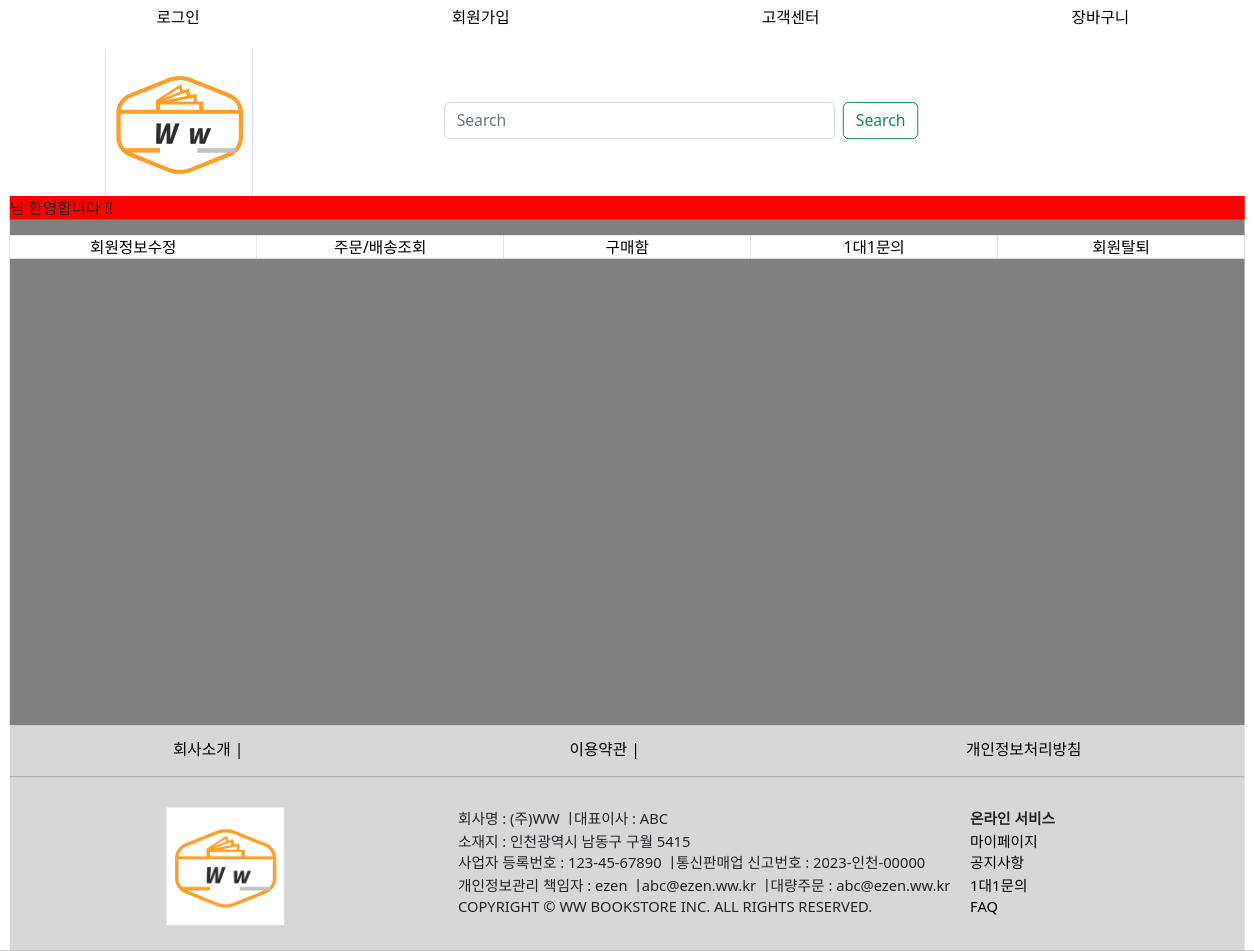
Repository: leehyeonung/project6
Page: http://localhost/book/WEB-INF/views/member/memberMypage.jsp
These files come from the project's save history. The page is drawn as it stood at one moment and after the next save; the edit follows.
The browser window is 1280 px wide. The pictures show the whole page, at 98% of full size.
The page is served by Tomcat 9. Nobody is signed in. The template is opened directly, without the code that normally fills it, so the values that code supplies are empty.

Above is the page before, as saved 2023-01-07 01:16:50.

After the next save:
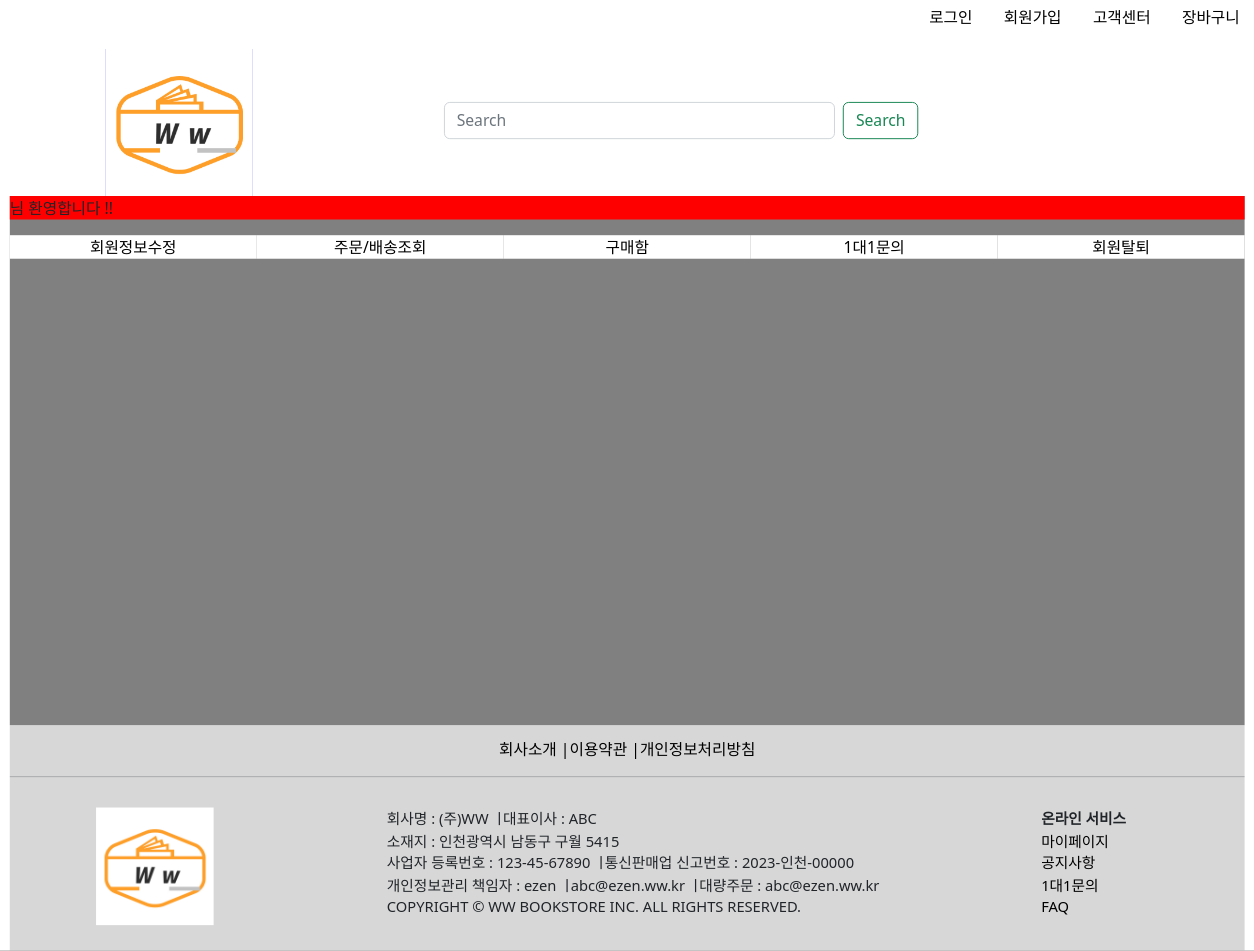
Saved 59 s later.
--- a/book/src/main/webapp/resources/css/mypage.css
+++ b/book/src/main/webapp/resources/css/mypage.css
@@ -1,7 +1,5 @@
 @charset "UTF-8";
 *{
-	margin: 0 auto;
-	padding: 0px;
 }
 
 .main{
